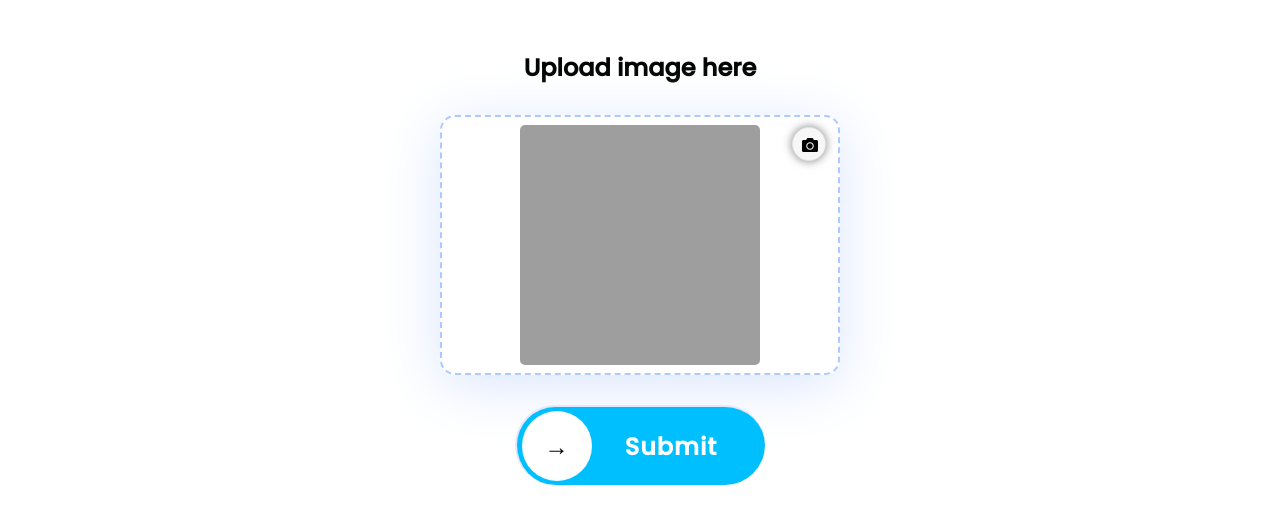
Repository: ThuongDuy/Phan_loai_anh
Page: hcsdlpt/index.html
These files come from the project's save history. The page is drawn as it stood at one moment and after the next save; the edit follows.
The browser window is 1280 px wide. The pictures show the whole page.
Pictures or frames that could not be fetched are drawn as grey boxes.

Above is the page before, as saved 2023-06-02 00:40:27.

After the next save:
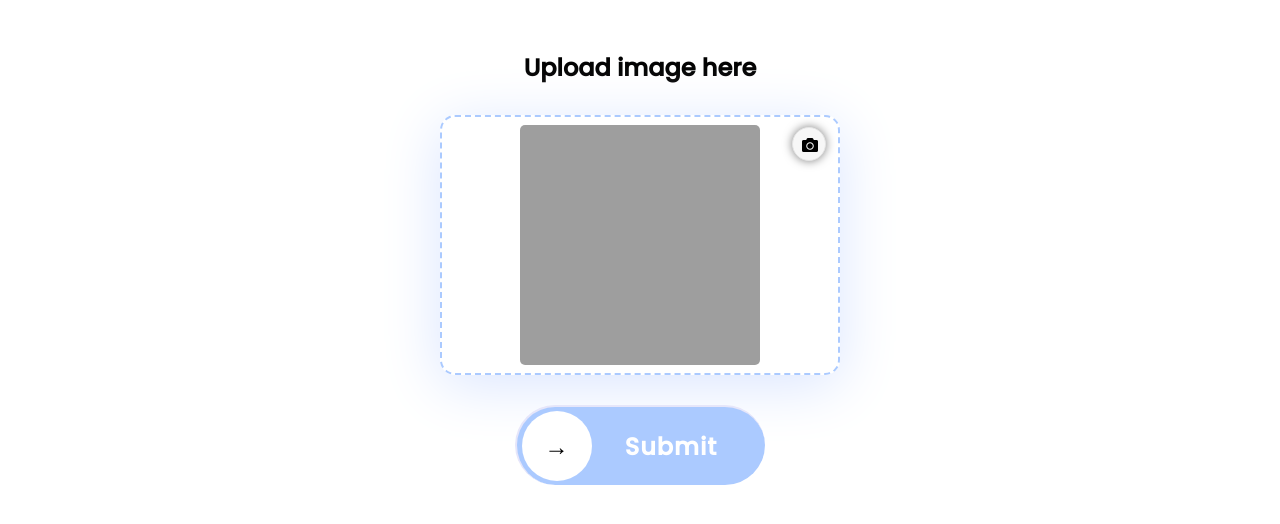
Saved 29 s later.
--- a/hcsdlpt/main.css
+++ b/hcsdlpt/main.css
@@ -85,7 +85,7 @@ button {
     height: 80px;
     display: grid;
     place-items: center;
-    background: #00bfff;
+    background: rgb(171, 202, 255);
     color: #fff;
     border-radius: 80px;
     font-size: 1.5rem;
